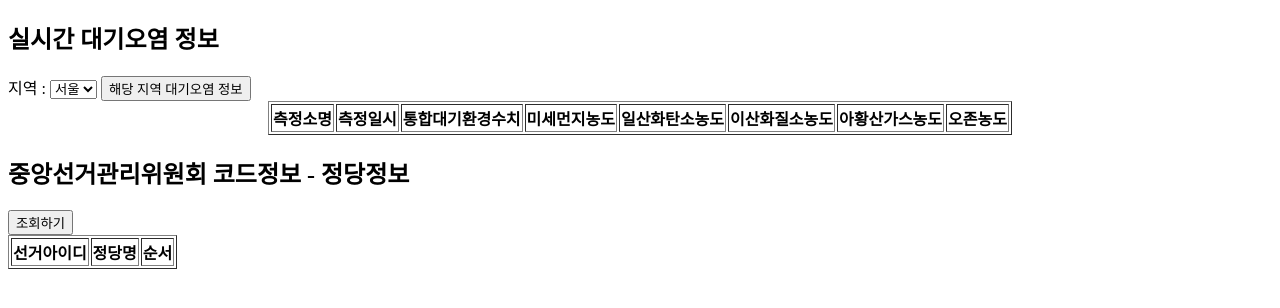
Repository: 1400CP/08_spring-workspace
Page: http://localhost/openDataProject/
These files come from the project's save history. The page is drawn as it stood at one moment and after the next save; the edit follows.
The browser window is 1280 px wide. The pictures show the whole page.
The page is served by Tomcat 9.

Above is the page before, as saved 2025-04-18 07:13:37.

After the next save:
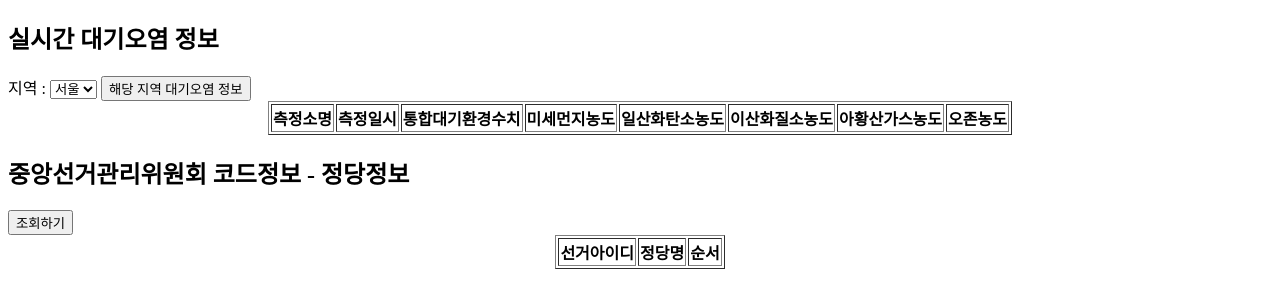
Saved 4 s later.
--- a/openDataProject/src/main/webapp/index.jsp
+++ b/openDataProject/src/main/webapp/index.jsp
@@ -131,7 +131,7 @@
 	<input type="button" value="조회하기" id="btn2">
 
 	<div id="result2">
-		<table id="table1" border="1" >
+		<table id="table1" border="1" align="center">
 			<thead>
 				<tr>
 					<th>선거아이디</th>
